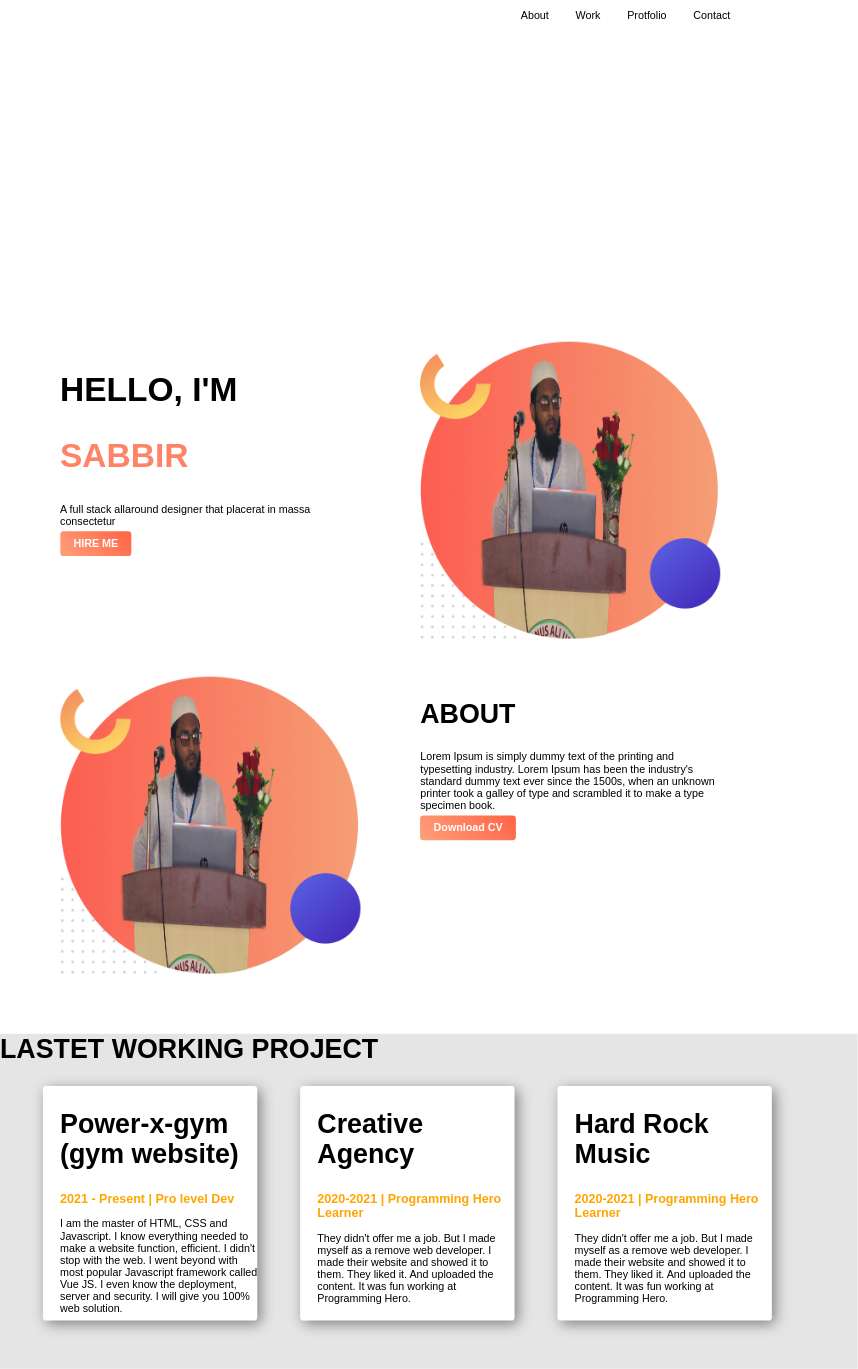
Repository: sabbircse3/personal-website
Page: index.html
The author's editor kept a copy of each file at every save. The page is drawn from the files as they stood at one save, then again after a run of saves.
The browser window is 1280 px wide. The pictures show the whole page, at 67% of full size.

Above is the page before, as saved 2021-01-06 00:28:13.

### index.html
<!DOCTYPE html>
<html lang="en">
<head>
    <title>personal-website</title>
    <link rel="preconnect" href="https://fonts.gstatic.com">
    <link href="https://fonts.googleapis.com/css2?family=Montserrat&display=swap" rel="stylesheet">
    <link rel="stylesheet" href="style.css">
</head>
<body>

    <section>
        <div>
            <ul id="menu">
                <li><a href="#">Contact</a></li>
                <li><a href="#">Protfolio</a></li>
                <li><a href="#">Work</a></li>
                <li><a href="#">About</a></li>
            </ul>
        </div>
    </section>

    <section class="top-banner">
        <div class="half-width">
            <h1>HELLO, I'M</h1>
            <h1> <span class="name-highlight">SABBIR</span></h1>
            <p>A full stack allaround designer that placerat in massa consectetur</p>
            <a class="link-button" target="_blank" href="https://www.linkedin.com/company/programminghero/">HIRE ME</a>
        </div>

        <div class="half-width">
            <img src="images/sabbir1.png" alt="">
        </div>
    </section>

    <section class="about">
        <div class="half-width">
            <img src="images/sabbir1.png" alt="">
        </div>

        <div class="half-width">
            <h2> ABOUT</h2>
            <p>Lorem Ipsum is simply dummy text of the printing and typesetting industry. Lorem Ipsum has been the industry's standard dummy text ever since the 1500s, when an unknown printer took a galley of type and scrambled it to make a type specimen book.</p>
            <a class="link-button" target="_blank" href="https://www.linkedin.com/company/programminghero/">Download CV</a>
        </div>

    </section>

    <section class="experience-area">
        <h2>LASTET WORKING PROJECT</h2>
        <div id="full-stack" class="half-width single-experience">
            <h2>Power-x-gym (gym website)</h2>
            <h3 class="orange-highlight">2021 - Present | Pro level Dev</h3>
            <p>I am the master of HTML, CSS and Javascript. I know everything needed to make a website function, efficient. I didn't stop with the web. I went beyond with most popular Javascript framework called Vue JS. I even know the deployment, server and security. I will give you 100% web solution.</p>

        </div>

        <div id="baby-web" class="half-width single-experience">
            <h2>Creative Agency</h2>
            <h3 class="orange-highlight">2020-2021 | Programming Hero Learner</h3>
            <p>They didn't offer me a job. But I made myself as a remove web developer. I made their website and showed it to them. They liked it. And uploaded the content. It was fun working at Programming Hero.</p>

        </div>

        <div id="baby-web" class="half-width single-experience">
            <h2>Hard Rock Music</h2>
            <h3 class="orange-highlight">2020-2021 | Programming Hero Learner</h3>
            <p>They didn't offer me a job. But I made myself as a remove web developer. I made their website and showed it to them. They liked it. And uploaded the content. It was fun working at Programming Hero.</p>

        </div>



    </section>

</body>
</html>

### style.css
body{
    font-family: sans-serif;
    margin: 0px;
}
#menu{
	list-style-type:none;
	width:900px;
	margin:10PX auto;
}
#menu li{
	float:right;
}
#menu li a{
	color:black;
	text-decoration:none;
	padding:5px 20px;
	display:block;
}

h1{
    font-size: 50px;
}
h2{
    font-size: 40px;
}
.name-highlight{
    color: #FF8367;
}
.half-width{
    width: 35%;
    float: left;
    margin-left: 5%;
    padding-left: 2%;
}
.half-width img{
    width: 100%;
}

section{
    height: 500px;
}
.link-button{
    text-decoration: none;
    background-image: linear-gradient(45deg, lightSalmon, tomato);
    padding: 10px 20px;
    border-radius: 5px;
    color: white;
    font-weight: 700;
}
.experience-area{
    background-color: #E5E5E5;
    background-position: left;
}
.orange-highlight{
    color: orange;
}
.single-experience{
    box-shadow: 5px 5px 20px gray;
    border-radius: 5px;
	height: 70%;
	width: 23%;
}
#full-stack{
    background-color: white;
}
#baby-web{
	background-color: white;
}
footer p{
    text-align: center;
    font-size: 12px;
}

After the next 2 saves:
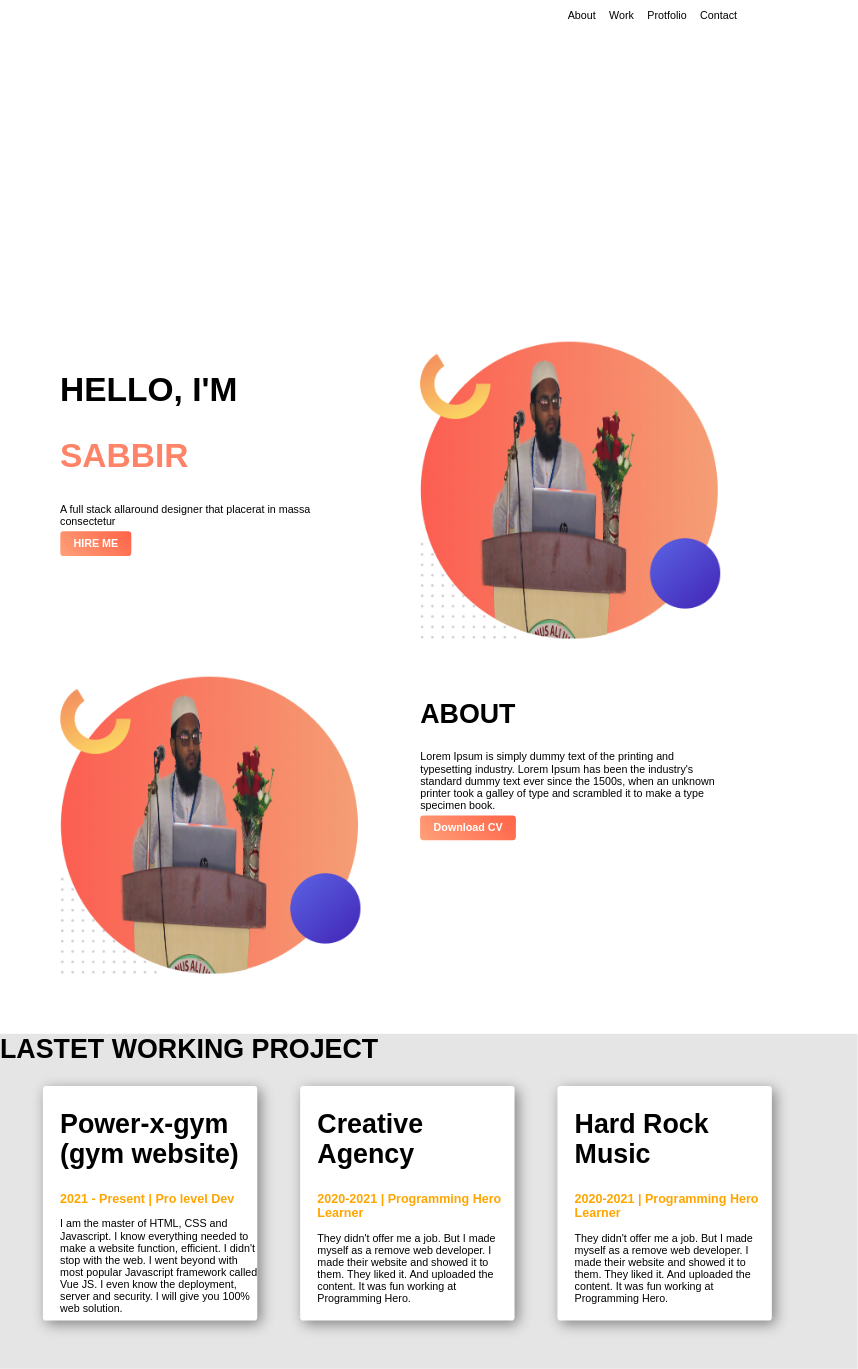
The 2 saves are shown as one change because they came seconds apart.
The last was saved 5 s later.
--- a/style.css
+++ b/style.css
@@ -13,7 +13,7 @@
 #menu li a{
 	color:black;
 	text-decoration:none;
-	padding:5px 20px;
+	padding:5px 10px;
 	display:block;
 }
 
